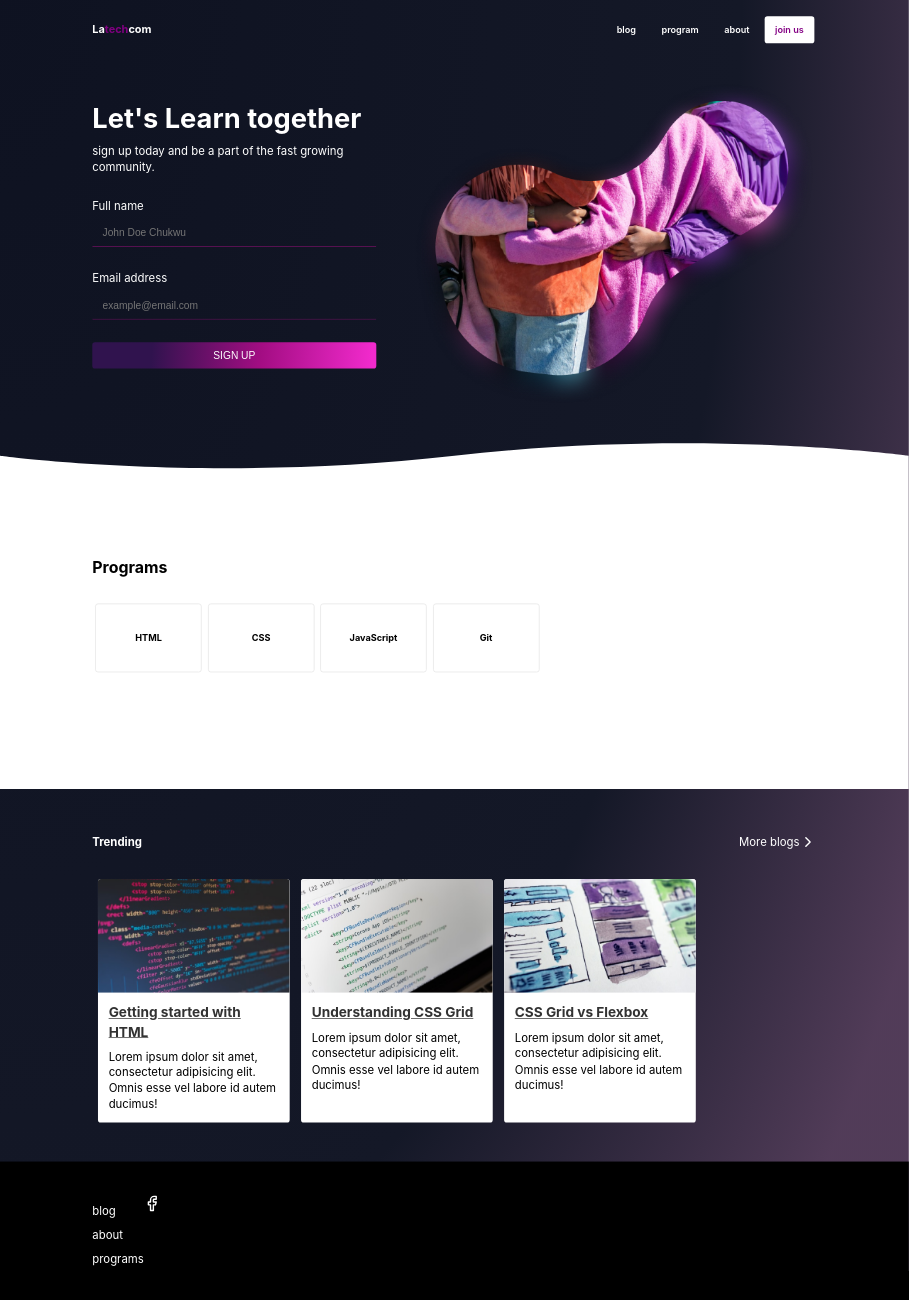
Repository: giprim/community
Page: /
The author's editor kept a copy of each file at every save. The page is drawn from the files as they stood at one save, then again after a run of saves.
The browser window is 1280 px wide. The pictures show the whole page, at 71% of full size.
The project was rebuilt for these pictures with package versions that can differ from the ones it lists, and the page was loaded fresh each time. Also part of the build but not shown: src/App.css.

Above is the page before, as saved 2020-10-25 23:25:44.

After the next 2 saves:
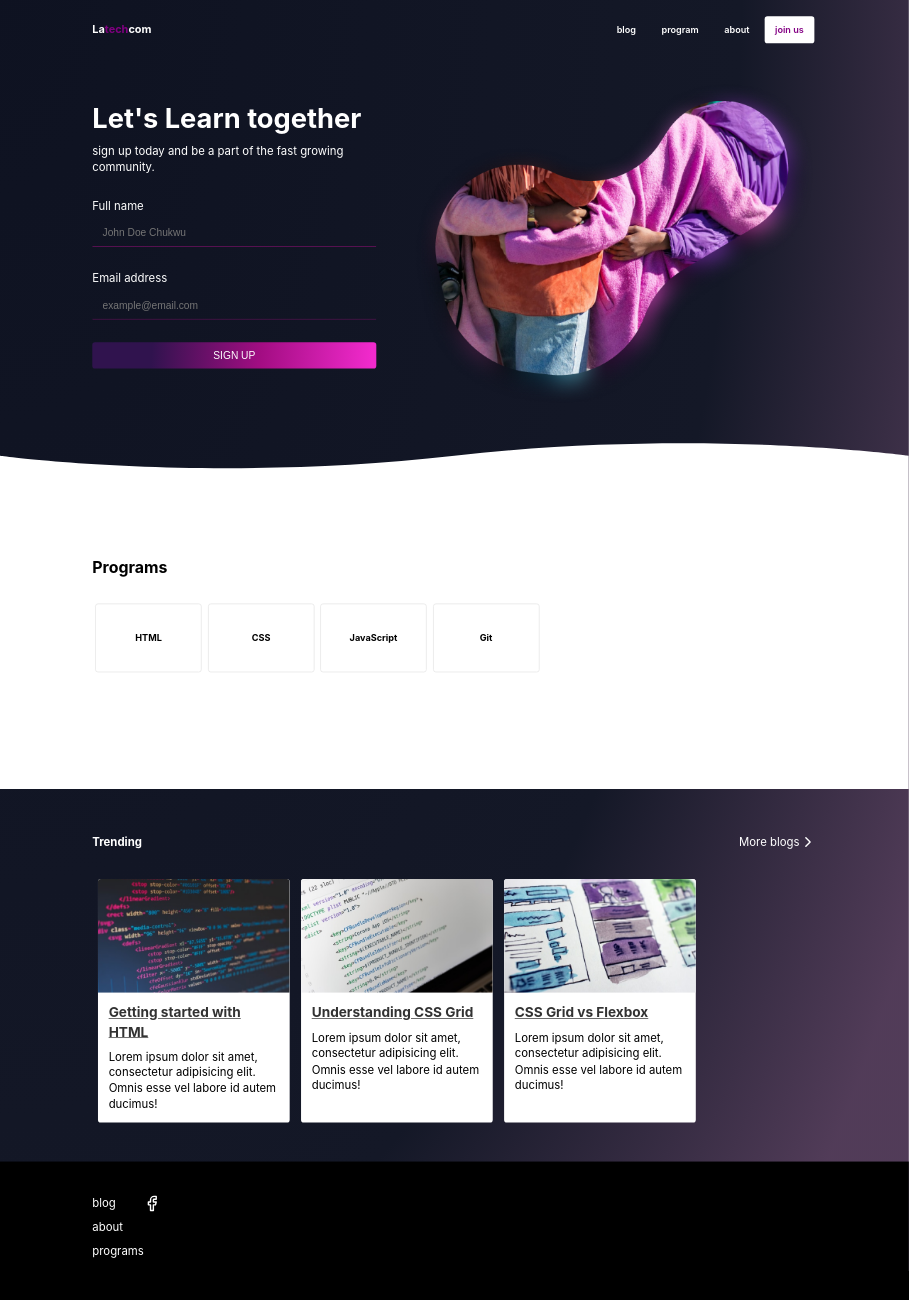
The 2 saves are shown as one change because they came seconds apart.
The last was saved 18 s later.
--- a/src/components/Footer.tsx
+++ b/src/components/Footer.tsx
@@ -47,7 +47,7 @@ const StyledFooter = styled('div')`
   ul {
     list-style: none;
     li {
-      padding-top: 0.7rem;
+      padding-bottom: 0.7rem;
     }
   }
 
